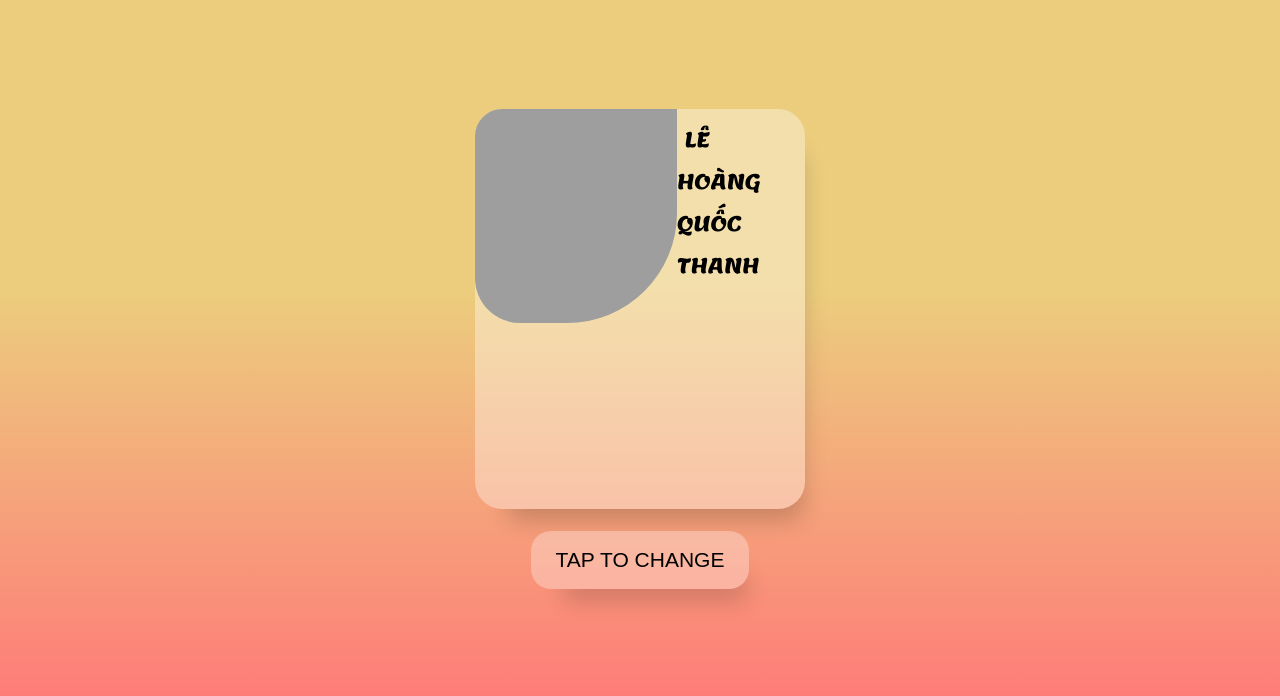
Repository: ThanhThn/profile
Page: index.html
The author's editor kept a copy of each file at every save. The page is drawn from the files as they stood at one save, then again after a run of saves.
The browser window is 1280 px wide. The pictures show the whole page.
Pictures or frames that could not be fetched are drawn as grey boxes. Some web fonts or font styles are not loaded; a fallback is used.

Above is the page before, as saved 2022-12-05 19:30:31.

### index.html
<!DOCTYPE html>
<html lang="en">
<head>
    <meta charset="UTF-8">
    <meta http-equiv="X-UA-Compatible" content="IE=edge">
    <meta name="viewport" content="width=device-width, initial-scale=1.0">
    <title>Document</title>
    <link rel="stylesheet" href="style.css">
</head>
<body>
    <div class="container">
        <div class="content">
            <img src="avata.jpg" alt="avatar">
            <span class="name">LÊ hoàng quốc thanh</span>
        </div>
        <button class="btn">tap to change</button>
    </div>
</body>
</html>

### style.css
@import url('https://fonts.googleapis.com/css2?family=Kodchasan:wght@700&family=Lemonada:wght@300;600;700&family=Pacifico&display=swap');
*{
    padding: 0;
    margin: 0;
    box-sizing: border-box;
}

body{
    background:  linear-gradient( to bottom, rgba(223, 172,39,60%) 40%, rgba(255,22,22,58%) 100% );
    width: 100%;
    height: 100vh;
}
.container{
    position: absolute;
    top: 50%;
    left: 50%;
    transform: translate(-50%, -50%);
    display: flex;
    flex-direction: column;
    align-items: center;
}

.content{
    width: 330px;
    height: 400px;
    background: rgba(255, 255, 255, 35%);
    border-radius: 27px;
    box-shadow: rgba(0, 0, 0, .2) 15px 28px 25px -18px;
}

.content img{
    width: 202px;
    height: 214px;
    border-radius: 27px 0 110px 45px;
    object-fit: cover;
    object-position: -32px 0;
}

.content .name{
    width: 40px;
    font-size: 21px;
    text-transform: uppercase;
    font-weight: 700;
    font-family: 'Lemonada', cursive;
    position: absolute;
    text-align: center;
    top: 10px;
}

.btn{
    background: rgba(255, 255, 255, .3);
    width: 218px;
    height: 58px;
    border-radius: 20px;
    border: none;
    margin: 22px;
    font-family: 'Kodchasan', sans-serif;
    font-size: 21px;
    text-transform: uppercase;
    box-shadow: rgba(0, 0, 0, .2) 15px 28px 25px -18px;
    background-position: 0 90%;
    background-repeat: repeat no-repeat;

}

.btn:hover {
    box-shadow: rgba(0, 0, 0, .3) 2px 8px 8px -5px;
    transform: translate3d(0, 2px, 0);
}


.btn:focus {
  box-shadow: rgba(0, 0, 0, .3) 2px 8px 4px -6px;
}

After the next 2 saves:
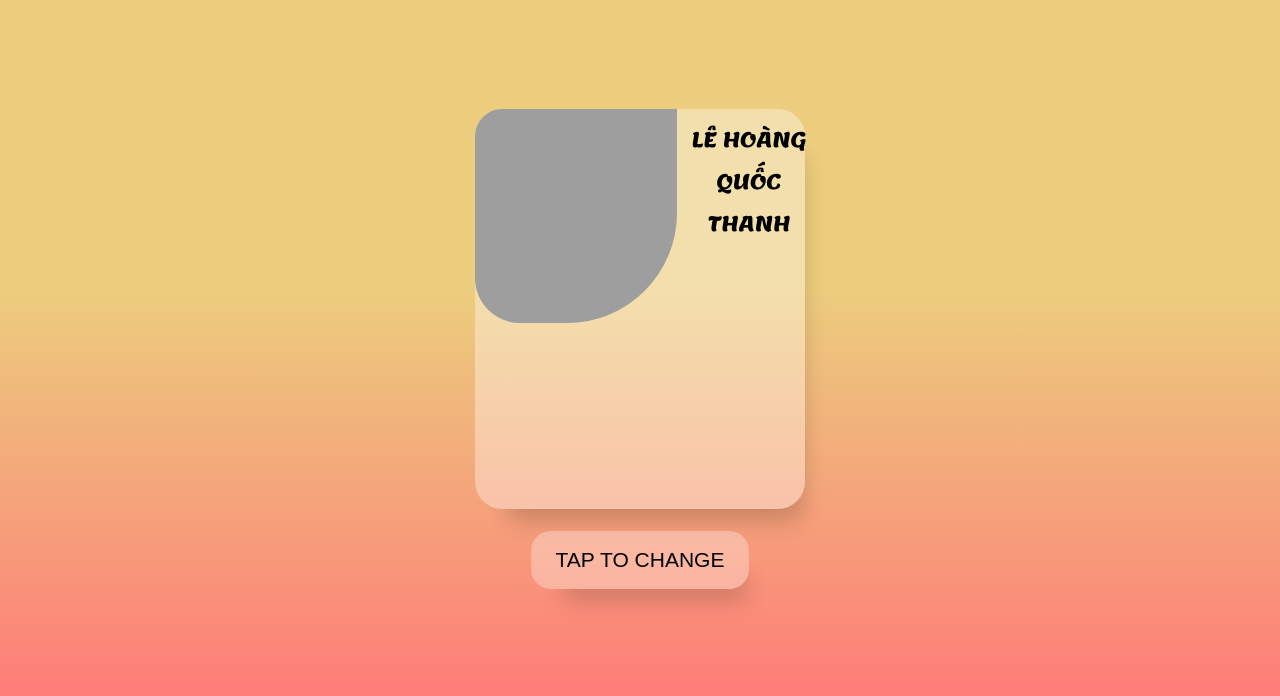
The 2 saves are shown as one change because they came seconds apart.
The last was saved 35 s later.
--- a/style.css
+++ b/style.css
@@ -37,7 +37,7 @@ body{
 }
 
 .content .name{
-    width: 40px;
+    width: 144px;
     font-size: 21px;
     text-transform: uppercase;
     font-weight: 700;
